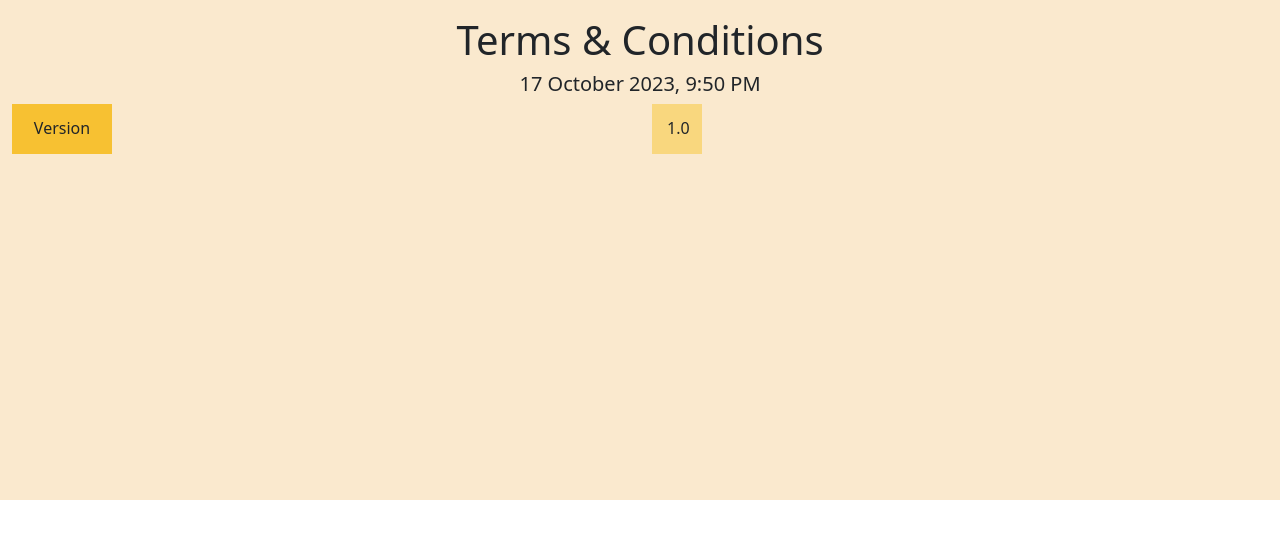
Repository: injectGroup/github.io
Page: terms.html
These files come from the project's save history. The page is drawn as it stood at one moment and after the next save; the edit follows.
The browser window is 1280 px wide. The pictures show the whole page.

Above is the page before, as saved 2023-11-29 14:15:04.

After the next save:
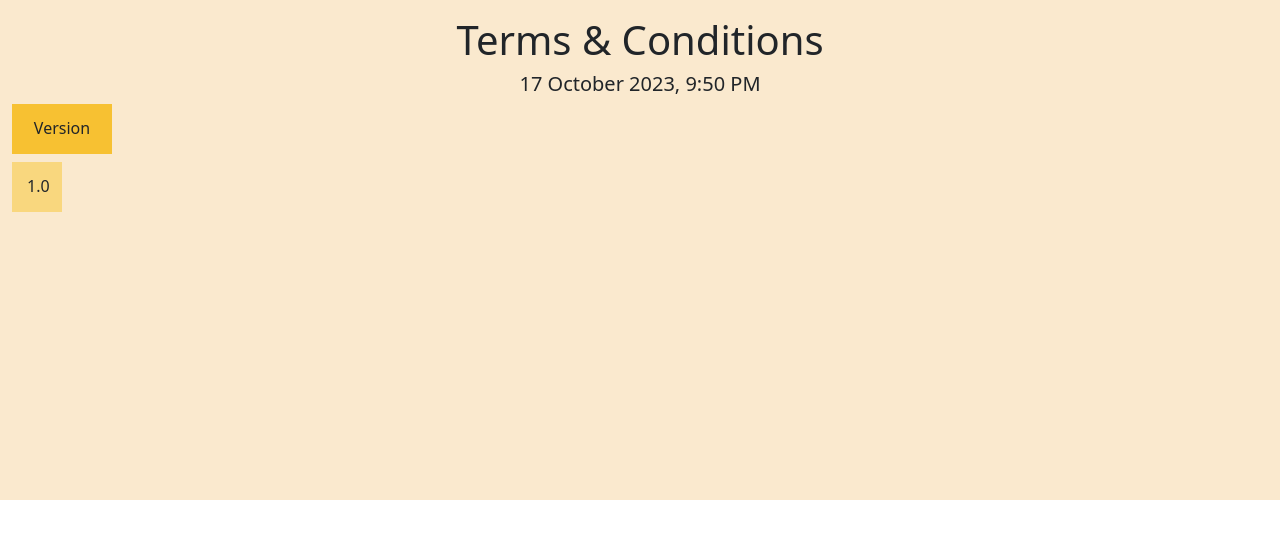
Saved 43 s later.
--- a/terms.html
+++ b/terms.html
@@ -29,11 +29,10 @@
             <div class="col-sm align-self-center">
                 <h6 class="version">
                     Version
+                    <h6 class="version-number">1.0</h6>
                 </h6>
             </div>
-            <div class="col-sm align-self-center">
-                <h6 class="version-number">1.0</h6>
-            </div>
+
         </div>
     </div>
     <!-- BOOTSTRAP JS-->
